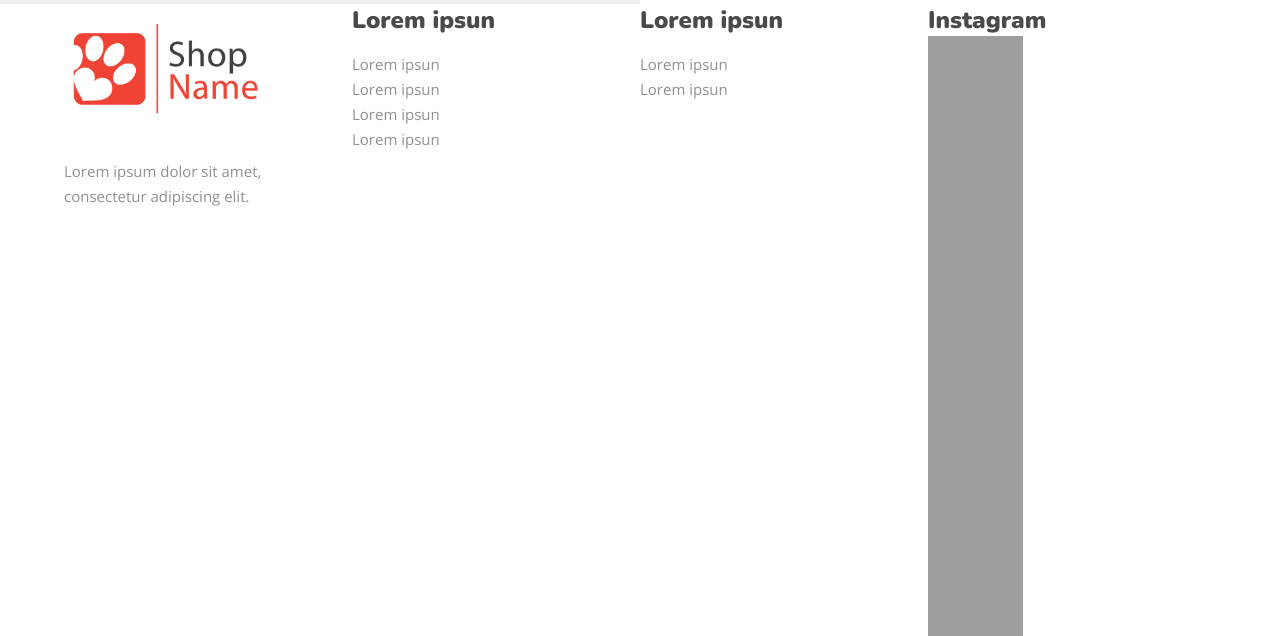
Repository: MarilynCuore/landingVet
Page: index.html
These files come from the project's save history. The page is drawn as it stood at one moment and after the next save; the edit follows.
The browser window is 1280 px wide. The pictures show the part of the page from y = 1930 to 2566 px (the page is 2566 px tall before and 2386 px after).
Pictures or frames that could not be fetched are drawn as grey boxes. Some web libraries are served in a nearby version. The style sheet was rebuilt from its Sass, Less or Tailwind sources for each picture, by a compiler version that may differ from the author's.

Above is the page before, as saved 2020-05-25 15:58:29.

### index.html
<!DOCTYPE html>
<html lang="en">

<head>
    <meta charset="UTF-8">
    <meta name="viewport" content="width=device-width, initial-scale=1.0">
    <title>Document</title>
    <link rel="stylesheet" href="./main.css">
    <link rel="stylesheet" href="https://cdnjs.cloudflare.com/ajax/libs/font-awesome/5.13.0/js/all.min.js">
</head>

<body>

    <!--Nav-->
    <nav>
        <div class="top-bar">
            <div class="container">
                <ul>
                    <li>
                        <a href="">Llámanos 609534467</a>
                    </li>
                    <li>
                        <a href="">Mi cuenta</a>
                    </li>
                </ul>
            </div>
        </div>
        <div class="bottom-bar">
            <div class="container">
                <ul>
                    <li>
                        <a href="">
                            <img src="./assets/white.png" width="100" alt="">
                        </a>
                    </li>
                </ul>
                <ul>
                    <li>
                        <a href="">Lorem ipsun</a>
                    </li>
                    <li>
                        <a href="">Lorem ipsun</a>
                    </li>
                    <li>
                        <a href="">Lorem ipsun</a>
                    </li>
                </ul>
            </div>

        </div>

    </nav>
    <header>
        <div class="container">
            <h1>Dónde ser una mascota es lo mejor</h1>
            <p>Lorem ipsum dolor sit amet, consectetur adipiscing elit. Phasellus eleifend at dolor quis vulputate.
                Quisque id blandit tellus, at pretium ex. Nulla in dui ligula. Nunc pharetra venenatis commodo.</p>
            <a href="">Saber más</a>
        </div>

    </header>
    <section>
        <div class="container">
            <div class="title">
                <h2>Lorem ipsun</h2>
                <p>Lorem ipsum dolor sit amet, consectetur adipiscing elit. <br>Phasellus eleifend at dolor quis
                    vulputate.</p>
            </div>
            <div class="grid">
                <div class="grid__container">
                    <div class="title">
                        <span>Perros</span>
                        <strong><a href="">Saber más</a></strong>
                    </div>
                </div>
                <div class="grid__container">
                    <div class="title">
                        <span>Gatos</span>
                        <strong><a href="">Saber más</a></strong>
                    </div>
                </div>
                <div class="grid__container">
                    <div class="title">
                        <span>Otros</span>
                        <strong><a href="">Saber más</a></strong>
                    </div>
                </div>
            </div>
        </div>
    </section>
    <section>
        <div class="one">
            <div class="content container">
                <h3>Encuéntranos o ponte en contacto</h3>
                <div>
                    <p>Lorem ipsum dolor sit amet, consectetur adipiscing elit. <br>Phasellus eleifend at dolor quis
                        vulputate.</p>
                    <p>lorem@gmail.com</p>
                </div>
            </div>

        </div>
        <div class="two">
            <iframe
                src="https://www.google.com/maps/embed?pb=!1m18!1m12!1m3!1d24285.284825320497!2d-3.717631440991407!3d40.460648281487934!2m3!1f0!2f0!3f0!3m2!1i1024!2i768!4f13.1!3m3!1m2!1s0xd422906e34771eb%3A0x9887e1ccf09cb673!2zVGV0dcOhbiwgTWFkcmlk!5e0!3m2!1ses!2ses!4v1590408248756!5m2!1ses!2ses"
                width="100%" height="450" frameborder="0" style="border:0;" allowfullscreen="" aria-hidden="false"
                tabindex="0"></iframe>
        </div>
    </section>
    <footer>
        <div class="container">
            <div>
                <ul>
                    <li>
                        <a href="">
                            <img src="./assets/red.png" alt="" width="200">
                        </a>

                    </li>
                    <li>
                        <p>Lorem ipsum dolor sit amet, <br> consectetur adipiscing elit. </p>
                    </li>
                </ul>
            </div>
            <div>
                <h5>Lorem ipsun</h5>
                <ul>
                    <li>
                        <a href="">Lorem ipsun</a>
                    </li>
                    <li>
                        <a href="">Lorem ipsun</a>
                    </li>
                    <li>
                        <a href="">Lorem ipsun</a>
                    </li>
                    <li>
                        <a href="">Lorem ipsun</a>
                    </li>
                </ul>
            </div>
            <div>
                <h5>Lorem ipsun</h5>
                <ul>
                    <li>
                        <a href="">Lorem ipsun</a>
                    </li>
                    <li>
                        <a href="">Lorem ipsun</a>
                    </li>
                </ul>
            </div>
            <div>
                <h5>Instagram</h5>
                <div class="grid">
                    <a href=""></a>
                    <a href=""></a>
                    <a href=""></a>
                    <a href=""></a>
                    <a href=""></a>
                    <a href=""></a>
                </div>
            </div>
        </div>
    </footer>
</body>

</html>

### main.scss
@import url("https://fonts.googleapis.com/css2?family=Nunito:ital,wght@0,200;0,300;0,400;0,600;0,700;0,800;0,900;1,200;1,300;1,400;1,600;1,700;1,800;1,900&display=swap");
@import url("https://fonts.googleapis.com/css2?family=Open+Sans:ital,wght@0,300;0,400;0,600;0,700;0,800;1,300;1,400;1,600;1,700;1,800&display=swap");
$color-primary: #f04336;
.container {
  max-width: 90%;
  margin: 0 auto;
}

nav {
  background: transparent;
  position: fixed;
  left: 0;
  width: 100%;
  z-index: 10;
  border-bottom: solid 0.5px white;
  padding-top: 1rem;
  padding-bottom: 1rem;
  .top-bar {
    background-color: rgba(white, 0.3);
    position: fixed;
    top: 0;
    width: 100%;
    height: 35px;
    font-size: 13px;
    line-height: 1;
    z-index: 110;
    .container {
      ul {
        display: flex;
        align-items: center;
        justify-content: flex-end;
        li {
          list-style: none;
          a {
            text-decoration: none;
            color: white;
            font-size: 13px;
            font-weight: normal;
            font-family: "Nunito", sans-serif;
          }
          &:nth-of-type(1) {
            padding-right: 1rem;
          }
        }
      }
    }
  }
  .bottom-bar {
    padding-top: 2rem;
    .container {
      display: flex;
      align-items: center;
      justify-content: space-between;
      ul {
        width: 100%;
        &:nth-of-type(2) {
          display: flex;
          align-self: center;
          justify-content: flex-end;
          li {
            padding-right: 3rem;
            &:last-child {
              padding-right: none !important;
            }
          }
        }
        li {
          list-style: none;
          a {
            text-decoration: none;
            color: white;
            font-size: 18px;
            font-weight: bold;
            font-family: "Nunito", sans-serif;
          }
        }
      }
    }
  }
}
header {
  background-image: url("https://pawfriends.qodeinteractive.com/wp-content/uploads/2019/08/h1-rev-img-1.jpg");
  background-size: cover;
  background-position: bottom;
  background-repeat: no-repeat;
  height: 100vh;
  width: 100vw;
  position: relative;
  .container {
    height: 100%;
    display: flex;
    flex-direction: column;
    align-items: flex-start;
    justify-content: center;

    h1 {
      z-index: 9;
      visibility: visible;
      text-align: left;
      line-height: 75px;
      letter-spacing: 0px;
      font-weight: 900;
      font-size: 70px;
      border-color: rgb(143, 144, 147);
      border-style: none;
      margin: 0px;
      padding: 0px;
      color: white;
      white-space: normal;
      width: 645px;
      height: auto;
      font-family: "Nunito", sans-serif;
    }
    p {
      z-index: 10;
      font-family: "Open Sans";
      visibility: visible;
      text-align: left;
      line-height: 30px;
      letter-spacing: 0px;
      font-weight: 400;
      font-size: 19px;
      border-color: rgb(143, 144, 147);
      border-style: none;
      margin: 0px;
      padding: 0px;
      color: white;
      white-space: normal;
      width: 639px;
      height: auto;
      padding-top: 1.2rem;
      padding-bottom: 1.5rem;
      font-family: "Open Sans", sans-serif;
    }
    a {
      color: white;
      background-color: $color-primary;
      border-color: #ffffff;
      padding: 15px 66px;
      text-decoration: none;
      font-weight: bold;
      font-family: "Nunito", sans-serif;
      border: 1px solid transparent;
      overflow: hidden;
      border-radius: 4px;
    }
  }
}
section {
  &:nth-of-type(1) {
    padding-bottom: 3.5rem;
    .container {
      .title {
        h2 {
          font-size: 50px;
          line-height: 1.1em;
          text-align: center;
          color: #424242;
          font-weight: bold;
          margin: 0;
          padding: 0;
          padding-top: 2rem;
          padding-bottom: 1.3rem;
          font-family: "Nunito", sans-serif;
          font-weight: 900;
        }
        p {
          color: #8f9093;
          font-size: 19px;
          line-height: 32px;
          text-align: center;
          margin: 0;
          padding: 0;
          font-family: "Open Sans", sans-serif;
        }
      }
      .grid {
        padding-top: 2rem;
        height: 500px;
        position: relative;
        max-width: 100%;
        display: grid;
        grid-template-columns: repeat(auto-fill, minmax(200px, 1fr));
        grid-template-rows: minmax(auto, auto);
        margin: 0 auto;
        grid-auto-flow: dense;
        grid-gap: 10px;
        &__container {
          background-size: cover;
          background-position: center;
          background-repeat: no-repeat;
          padding: 20px;
          display: grid;
          place-items: center;
          text-align: center;
          color: white;
          transition: 0.3s;
          border-radius: 6px;
          display: flex;
          align-items: flex-end;
          .title {
            margin-bottom: 2em;
            display: flex;
            justify-content: center;
            width: 100%;
            position: relative;
            cursor: pointer;
            &:hover {
              strong {
                top: -35px;
                opacity: 1;
                color: black;
                border-radius: 0;
                transform: scale(1);
              }
            }
            strong {
              transition: all 0.5s ease;
              overflow: hidden;
              opacity: 1;
              display: block;
              position: absolute;
              top: 5px;
              z-index: 0;
              transform: scale(0);
              padding: 5px 10px;
              background: white;
              color: white;
              font-family: "Nunito", sans-serif;
              a {
                color: $color-primary;
                text-decoration: none;
                cursor: pointer;
              }
            }
            span {
              z-index: 1;
              background: white;
              padding: 5px 15px;
              color: $color-primary;
              font-size: 18px;
              clip-path: polygon(0 0, 100% 0, 90% 100%, 10% 100%);
              font-family: "Nunito", sans-serif;
              font-size: 1.3rem;
              font-weight: bold;
              &:hover {
                background: $color-primary;
                color: white;
              }
            }
          }
          &:nth-child(1) {
            grid-column: span 2;
            grid-row: span 4;
            background-image: url("https://images.unsplash.com/photo-1504826260979-242151ee45b7?ixlib=rb-1.2.1&ixid=eyJhcHBfaWQiOjEyMDd9&auto=format&fit=crop&w=934&q=80");
            background-position: bottom;
          }
          &:nth-child(2) {
            grid-column: span 2;
            grid-row: span 4;
            background-image: url("https://images.unsplash.com/photo-1574231164645-d6f0e8553590?ixlib=rb-1.2.1&ixid=eyJhcHBfaWQiOjEyMDd9&auto=format&fit=crop&w=1035&q=80");
          }
          &:nth-child(3) {
            grid-column: span 2;
            grid-row: span 4;
            background-image: url("https://images.unsplash.com/photo-1529040274442-815019b0e4fc?ixlib=rb-1.2.1&auto=format&fit=crop&w=933&q=80");
          }
        }
      }
    }
  }
  &:nth-of-type(2) {
    display: flex;
    width: 100%;
    justify-content: space-between;
    width: 100%;
    .one {
      width: 50%;
      background-color: #ededed;
      .content {
        display: flex;
        flex-direction: column;
        align-items: center;
        justify-content: center;
        height: 100%;
        h3 {
          color: #424242;
          font-family: "Nunito", sans-serif;
          font-weight: 900;
          text-align: center;
          word-wrap: break-word;
          font-size: 40px;
          margin: 0;
          padding: 0;
        }
        p {
          font-size: 15px;
          font-weight: 400;
          line-height: 25px;
          color: #8f9093;
          font-family: "Open Sans";
          text-align: center;
        }
      }
    }
    .two {
      width: 50%;
    }
  }
}
footer {
  .container {
    display: flex;
    justify-content: space-between;
    align-items: flex-start;
    div {
        width: 33%;
      h5 {
        color: #4a4a4a;
        font-weight: 900;
        font-family: "Nunito", sans-serif;
        font-size: 24px;
        margin: 0;
      }
      ul {
        padding: 0px;
        li {
          list-style: none;
          p {
            color: #8f9093;
            text-align: left;
            font-family: "Open Sans";
            font-size: 15px;
            font-weight: 400;
            line-height: 25px;
            margin: 34px 0px 0px;
          }
          a {
            color: #8f9093;
            text-decoration: none;
            font-size: 15px;
            font-weight: 400;
            line-height: 25px;
            font-family: "Open Sans";
            &:hover {
              color: $color-primary;
            }
          }
        }
      }
      .grid {
        display: flex;
        align-items: center;
        justify-content: flex-start;
        flex-wrap: wrap;
        a {
          width: 100px;
          height: 100px;
          background-size: cover;
          background-position: center;
          background-repeat: no-repeat;
          &:nth-of-type(1) {
            background-image: url("https://images.unsplash.com/photo-1494256997604-768d1f608cac?ixlib=rb-1.2.1&ixid=eyJhcHBfaWQiOjEyMDd9&auto=format&fit=crop&w=2001&q=80");
          }
          &:nth-of-type(2) {
            background-image: url("https://images.unsplash.com/photo-1507146426996-ef05306b995a?ixlib=rb-1.2.1&ixid=eyJhcHBfaWQiOjEyMDd9&auto=format&fit=crop&w=1950&q=80");
          }
          &:nth-of-type(3) {
            background-image: url("https://images.unsplash.com/photo-1536612125961-dca53f20363d?ixlib=rb-1.2.1&auto=format&fit=crop&w=1950&q=80");
          }
          &:nth-of-type(4) {
            background-image: url("https://images.unsplash.com/photo-1586326709898-0a344840a314?ixlib=rb-1.2.1&auto=format&fit=crop&w=1950&q=80");
          }
          &:nth-of-type(5) {
            background-image: url("https://images.unsplash.com/photo-1518794183325-56eed2af11fa?ixlib=rb-1.2.1&ixid=eyJhcHBfaWQiOjEyMDd9&auto=format&fit=crop&w=1867&q=80");
          }
          &:nth-of-type(6) {
            background-image: url("https://images.unsplash.com/photo-1425082661705-1834bfd09dca?ixlib=rb-1.2.1&ixid=eyJhcHBfaWQiOjEyMDd9&auto=format&fit=crop&w=1955&q=80");
          }
        }
      }
    }
  }
}
body {
  margin: 0;
  padding: 0;
}

After the next save:
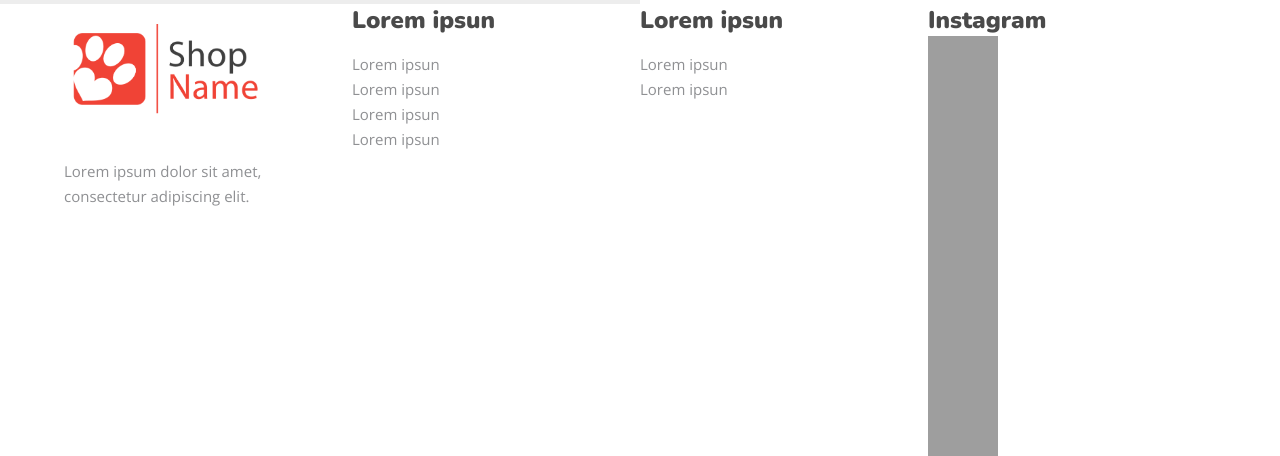
Saved 12 s later.
--- a/main.scss
+++ b/main.scss
@@ -354,8 +354,8 @@ footer {
         justify-content: flex-start;
         flex-wrap: wrap;
         a {
-          width: 100px;
-          height: 100px;
+          width: 70px;
+          height: 70px;
           background-size: cover;
           background-position: center;
           background-repeat: no-repeat;
